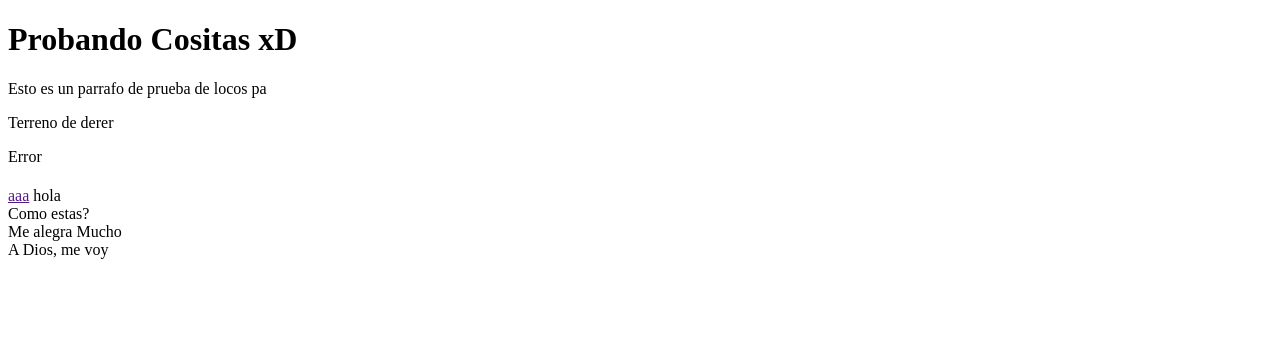
Repository: eschala/Innovadores-Adl_Sep2023
Page: React/react.html
The author's editor kept a copy of each file at every save. The page is drawn from the files as they stood at one save, then again after the next save.
The browser window is 1280 px wide. The pictures show the whole page.

Above is the page before, as saved 2023-12-07 10:43:27.

After the next save:
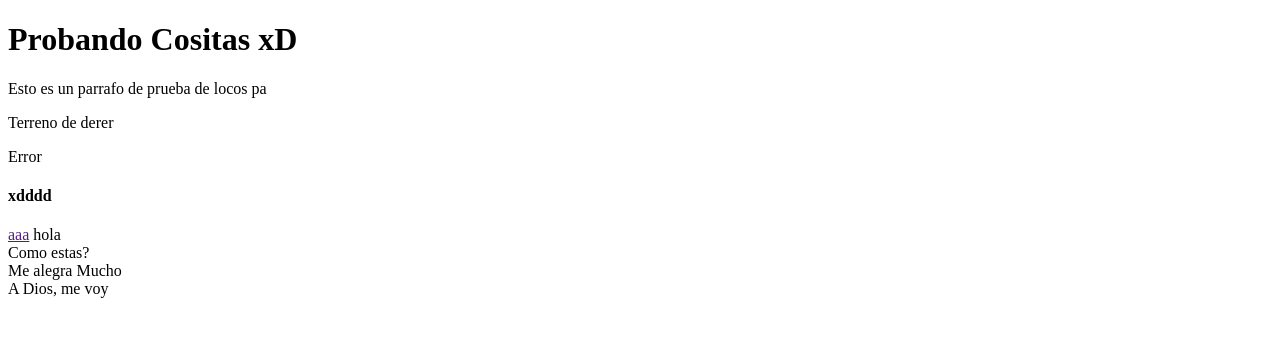
Saved 4 s later.
--- a/React/react.html
+++ b/React/react.html
@@ -14,7 +14,7 @@
     <p>Terreno de derer</p>
     <label for="">Error </label>
     <h3 class="titulo_H3"></h3>
-    <H4></H4>
+    <H4>xdddd</H4>
 
     <a href="" type="button" class="button-1">aaa</a>
     <script src="script_.js"></script>
